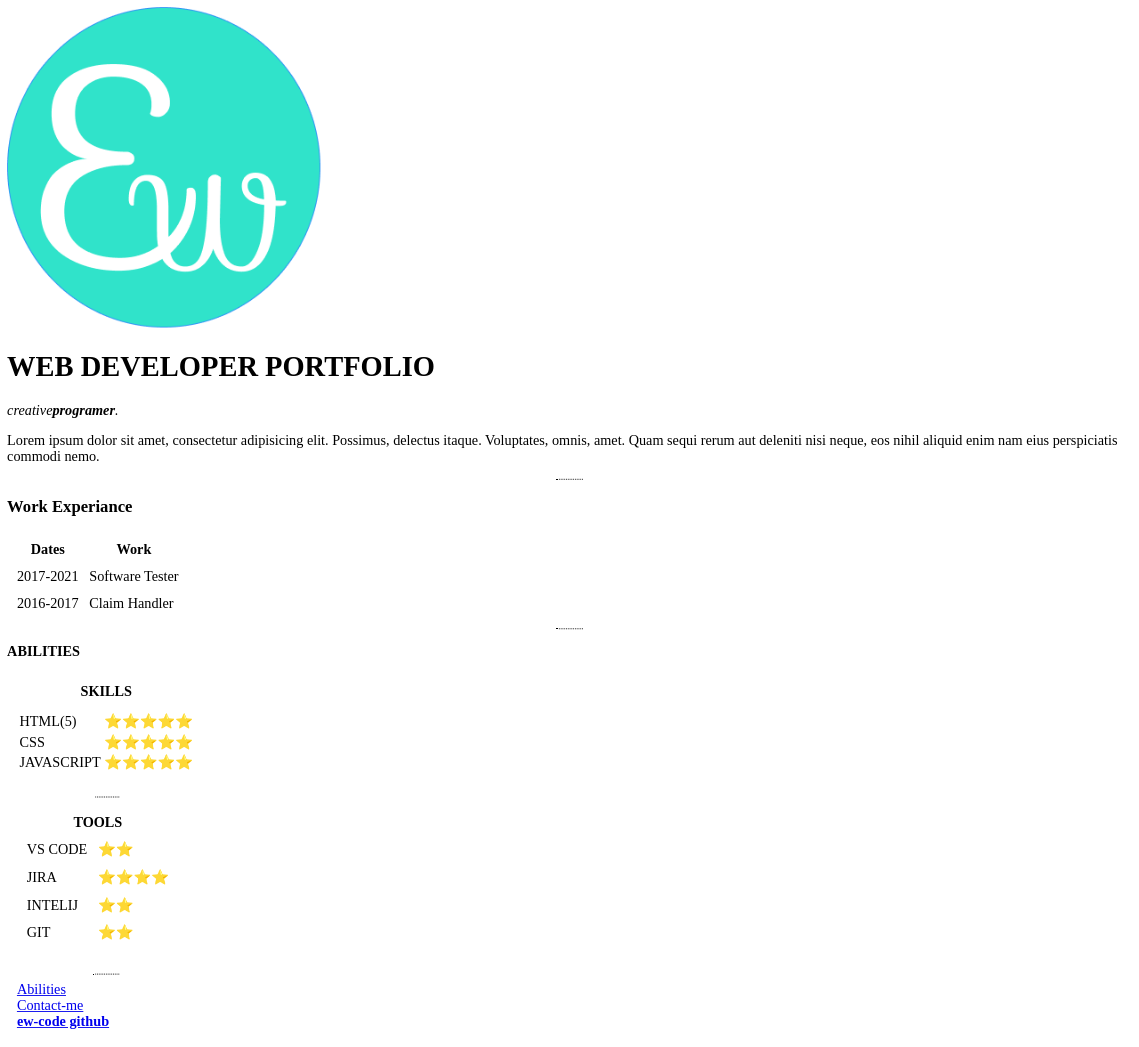
Repository: ew-code/Web-Development
Page: HTML - Personal Site/index.html
These files come from the project's save history. The page is drawn as it stood at one moment and after the next save; the edit follows.
The browser window is 1280 px wide. The pictures show the whole page, at 89% of full size.

Above is the page before, as saved 2021-01-06 21:26:35.

### HTML - Personal Site/index.html
<!DOCTYPE html>
<html lang="en" dir="ltr">

<style>

   body {
      background-color: white;
   }

   hr {
    di
    border-top: 6px dotted lightgray;
    width: 30px;
    border-style: none;
    border-top-style: dotted;


</style>


<head>
  <meta charset="utf-8"> <!-- dopracować meta description dla silników wyszukiwarek-->
  <title>ew-code</title>
</head>

<body
  <table cellspacing="20">
    <tr>
      <td><img src="images/Frame 1.png" alt="dot"></td>
      <td>
        <h1>WEB DEVELOPER PORTFOLIO</h1>
      </td>
      <td>
        <p><em>creative<strong>programer</strong>.</em></p>
        <p>Lorem ipsum dolor sit amet, consectetur adipisicing elit. Possimus, delectus itaque. Voluptates, omnis, amet.
          Quam sequi rerum aut deleniti nisi neque, eos nihil aliquid enim nam eius perspiciatis commodi nemo.</p>
      </td>
    </tr>
  </table>

  <hr>

  <h3>Work Experiance</h3>
  <table cellspacing="10">
    <thead>
      <tr>
        <th>Dates</th>
        <th>Work</th>
      </tr>
    </thead>
    <tbody>
      <tr>
        <td>2017-2021</td>
        <td>Software Tester</td>
      </tr>
    </tbody>
    <tbody>
      <tr>
        <td>2016-2017</td>
        <td>Claim Handler</td>
      </tr>
    </tbody>
  </table>
  <hr>

    <p><strong>ABILITIES</strong></p>

  <table cellspacing="10">
    <thead>
      <tr>
        <th colspan="2">SKILLS</th>
      </tr>
    </thead>
    <tr>
      <td>
        <table>
          <tr>
            <td>HTML(5)</td>
            <td>⭐⭐⭐⭐⭐</td>
          </tr>
          <tr>
            <td>CSS</td>
            <td>⭐⭐⭐⭐⭐</td>
          </tr>
          <tr>
            <td>JAVASCRIPT</td>
            <td>⭐⭐⭐⭐⭐</td>
          </tr>
        </table>

        <br>
      <hr>
        <table cellspacing="10">
          <thead>
            <tr>
              <th colspan="2">TOOLS</th>
            </tr>
          </thead>
          <tbody>
            <tr>
              <td>VS CODE</td>
              <td>⭐⭐</td>
            </tr>
            <tr>
              <td>JIRA</td>
              <td>⭐⭐⭐⭐</td>
            </tr>
            <tr>
              <td>INTELIJ</td>
              <td>⭐⭐</td>
            </tr>
            <tr>
              <td>GIT</td>
              <td>⭐⭐</td>
            </tr>
          </tbody>
        </table>
  <br>
  <hr>
  <a href="abilities.html">Abilities</a>
  <br>
  <a href="contact.html">Contact-me</a>
  <br>
  <strong><a href="https://github.com/ew-code">ew-code github</a></strong>
</body>

</html>

After the next save:
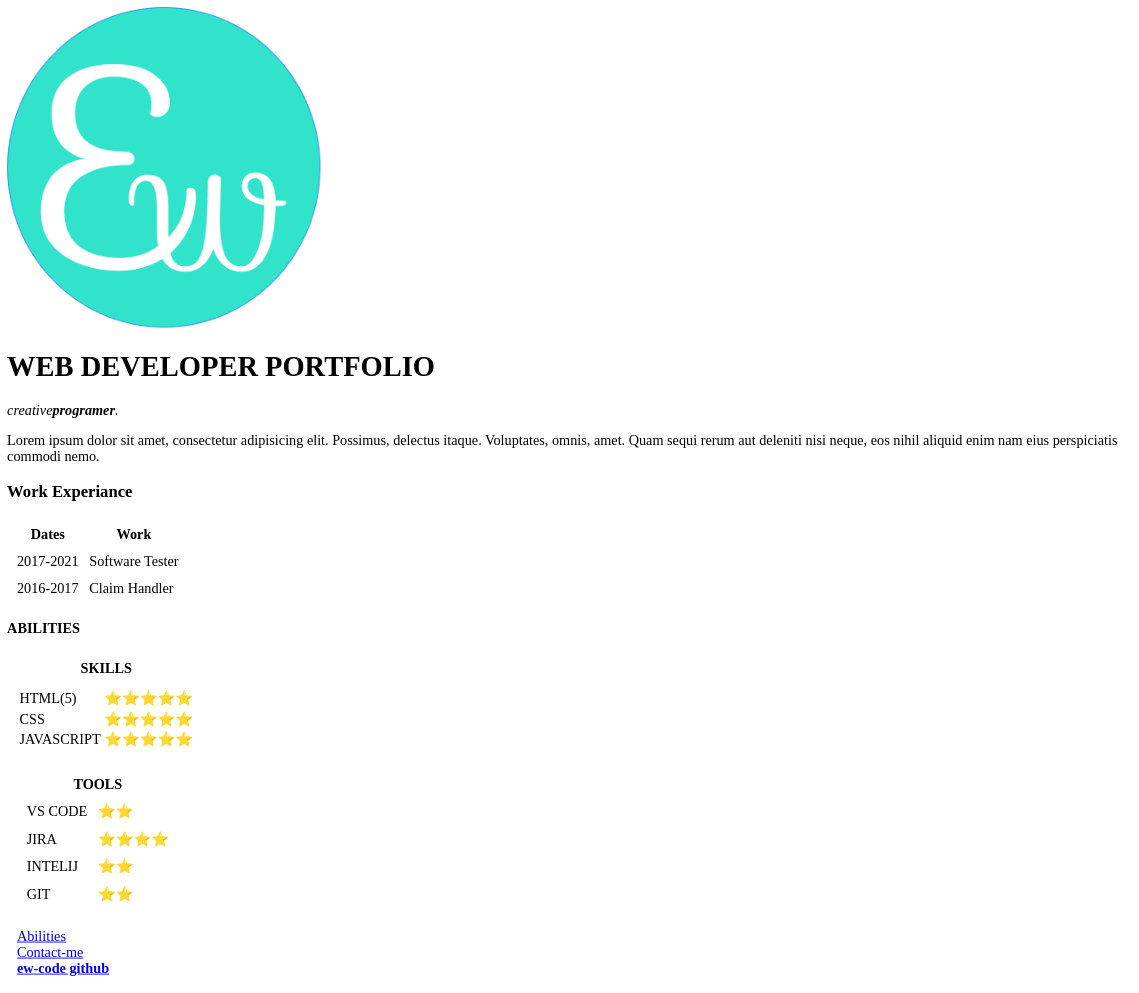
Saved 5 s later.
--- a/HTML - Personal Site/index.html
+++ b/HTML - Personal Site/index.html
@@ -8,7 +8,7 @@
    }
 
    hr {
-    di
+    display: inline;
     border-top: 6px dotted lightgray;
     width: 30px;
     border-style: none;

After the 3 saves that followed:
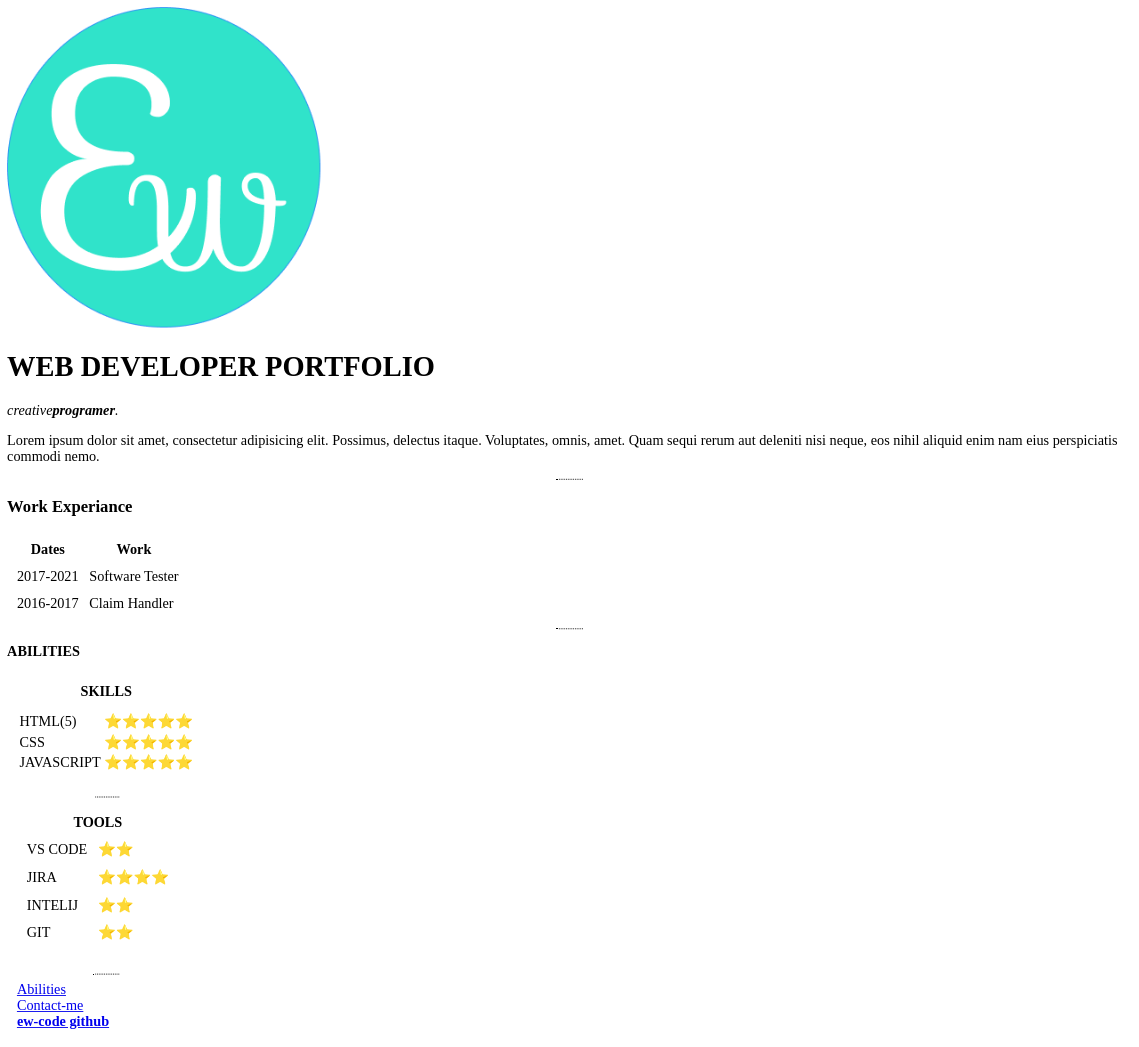
The 3 saves are shown as one change because they came seconds apart.
The last was saved 7 s later.
--- a/HTML - Personal Site/index.html
+++ b/HTML - Personal Site/index.html
@@ -8,7 +8,7 @@
    }
 
    hr {
-    display: inline;
+    display:
     border-top: 6px dotted lightgray;
     width: 30px;
     border-style: none;
